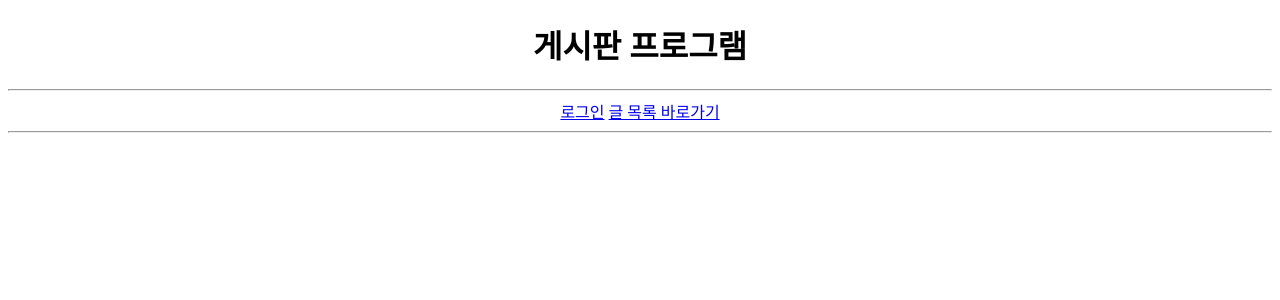
Repository: WillNeiman/Spring-Workspace
Page: http://localhost/09_SpringMVC_Annotation/
The author's editor kept a copy of each file at every save. The page is drawn from the files as they stood at one save, then again after the next save.
The browser window is 1280 px wide. The pictures show the whole page.
The page is served by Tomcat 9. Nobody is signed in. The application's start-up code is not run.

Above is the page before, as saved 2023-04-30 06:56:25.

After the next save:
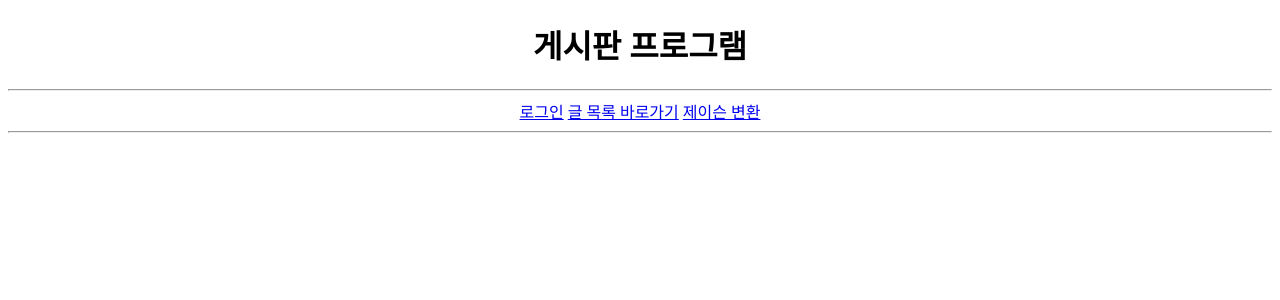
Saved 11 h 1 min later.
--- a/09_SpringMVC_Annotation/src/main/webapp/index.jsp
+++ b/09_SpringMVC_Annotation/src/main/webapp/index.jsp
@@ -12,6 +12,8 @@
 	<hr>
 		<a href="login.do">로그인</a>
 		<a href="getBoardList.do">글 목록 바로가기</a>
+		<a href="dataTransform.do">제이슨 변환</a>
+
 	<hr>
 </center>
 </body>
